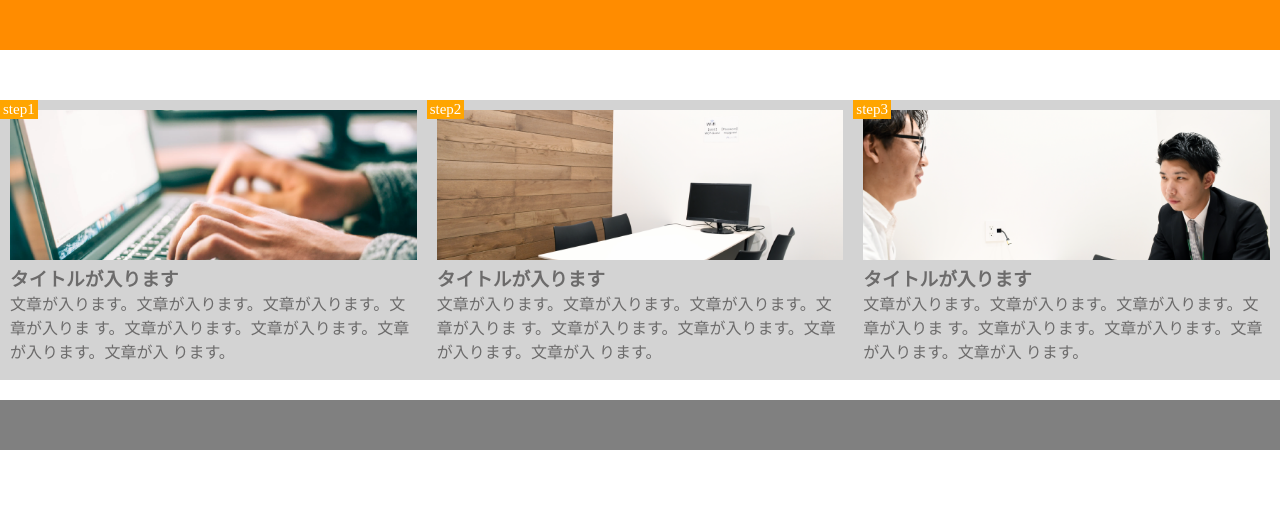
Repository: 220416/kadai1
Page: html/responsive.html
The author's editor kept a record of every edit. The page is drawn from the files as they stood at one moment, then again after the next edit.
The browser window is 1280 px wide. The pictures show the whole page.

Above is the page before.

After the next edit:
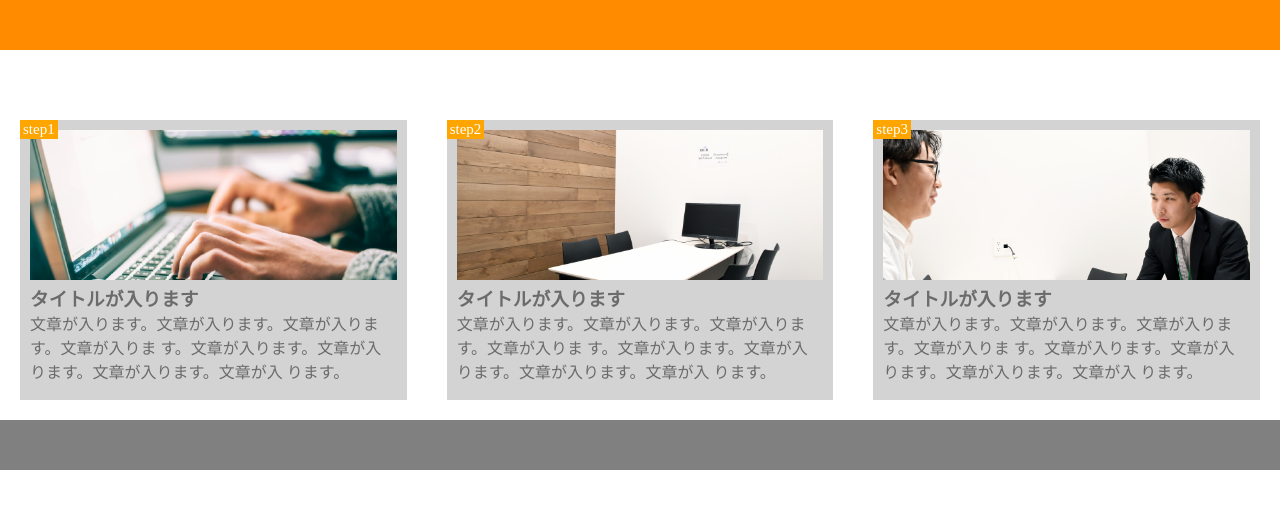
The edit:
--- a/html/responsive.css
+++ b/html/responsive.css
@@ -73,6 +73,8 @@
 
   .main-visual{
     display: block;
+    margin:20px ;
+    padding-bottom:20px ;
   }
 
 }
